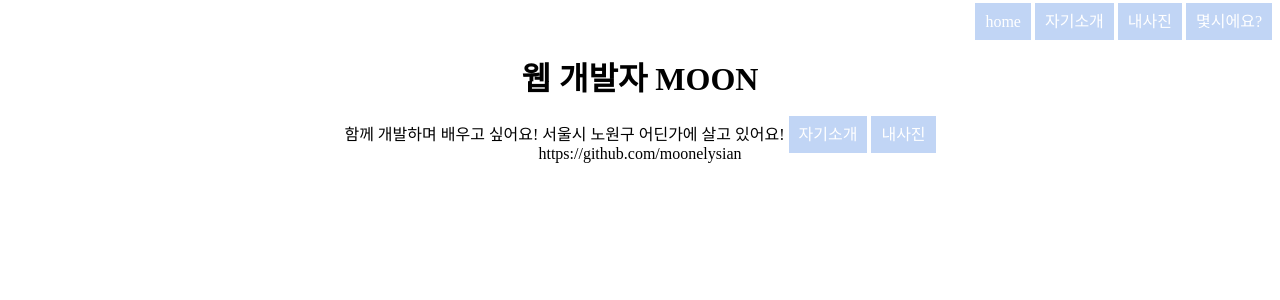
Repository: moonelysian/edwith-
Page: BE_PJT1-1/WebContent/index.html
An editor plug-in stored every save of this project. The page is shown before and after the next save, followed by the edit.
The browser window is 1280 px wide. The pictures show the whole page.

Above is the page before, as saved 2019-08-07 05:13:27.

### BE_PJT1-1/WebContent/index.html
<!DOCTYPE html>
<html>
	<head>
		<meta charset="UTF-8">
		<title>ABOUT ME</title>
		<link rel="stylesheet" type="text/css" href="style.css" />
	</head>

	<nav>
		<a href="index.html">home</a>
		<a href="aboutme.html">자기소개</a>
		<a href="picture.html">내사진</a>
		<a>몇시에요?</a>
	</nav>

	<body>
		<h1>웹 개발자 MOON</h1>
		함께 개발하며 배우고 싶어요!
		서울시 노원구 어딘가에 살고 있어요!
		<a href="aboutme.html">자기소개</a>
		<a href="picture.html">내사진</a>

	</body>
	<footer>
		https://github.com/moonelysian
	</footer>
</html>

### BE_PJT1-1/WebContent/style.css
@charset "UTF-8";
body{ text-align: center;}

nav { text-align: right; }

a {
	background-color: rgba(50, 115, 220, 0.3);
	color: white;
	padding: 10px;
	text-decoration: none;
}

a:hover{ color:black; }

After the next save:
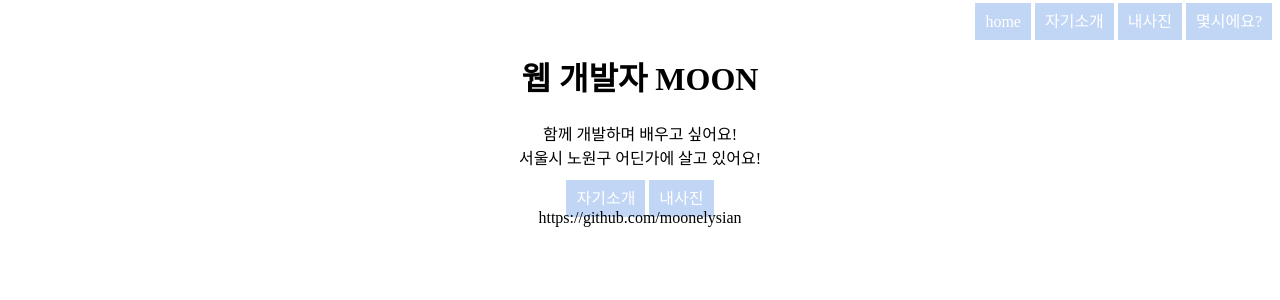
Saved 41 s later.
--- a/BE_PJT1-1/WebContent/index.html
+++ b/BE_PJT1-1/WebContent/index.html
@@ -15,8 +15,10 @@
 
 	<body>
 		<h1>웹 개발자 MOON</h1>
-		함께 개발하며 배우고 싶어요!
+		<p>
+		함께 개발하며 배우고 싶어요!</br>
 		서울시 노원구 어딘가에 살고 있어요!
+		</p>
 		<a href="aboutme.html">자기소개</a>
 		<a href="picture.html">내사진</a>
 
